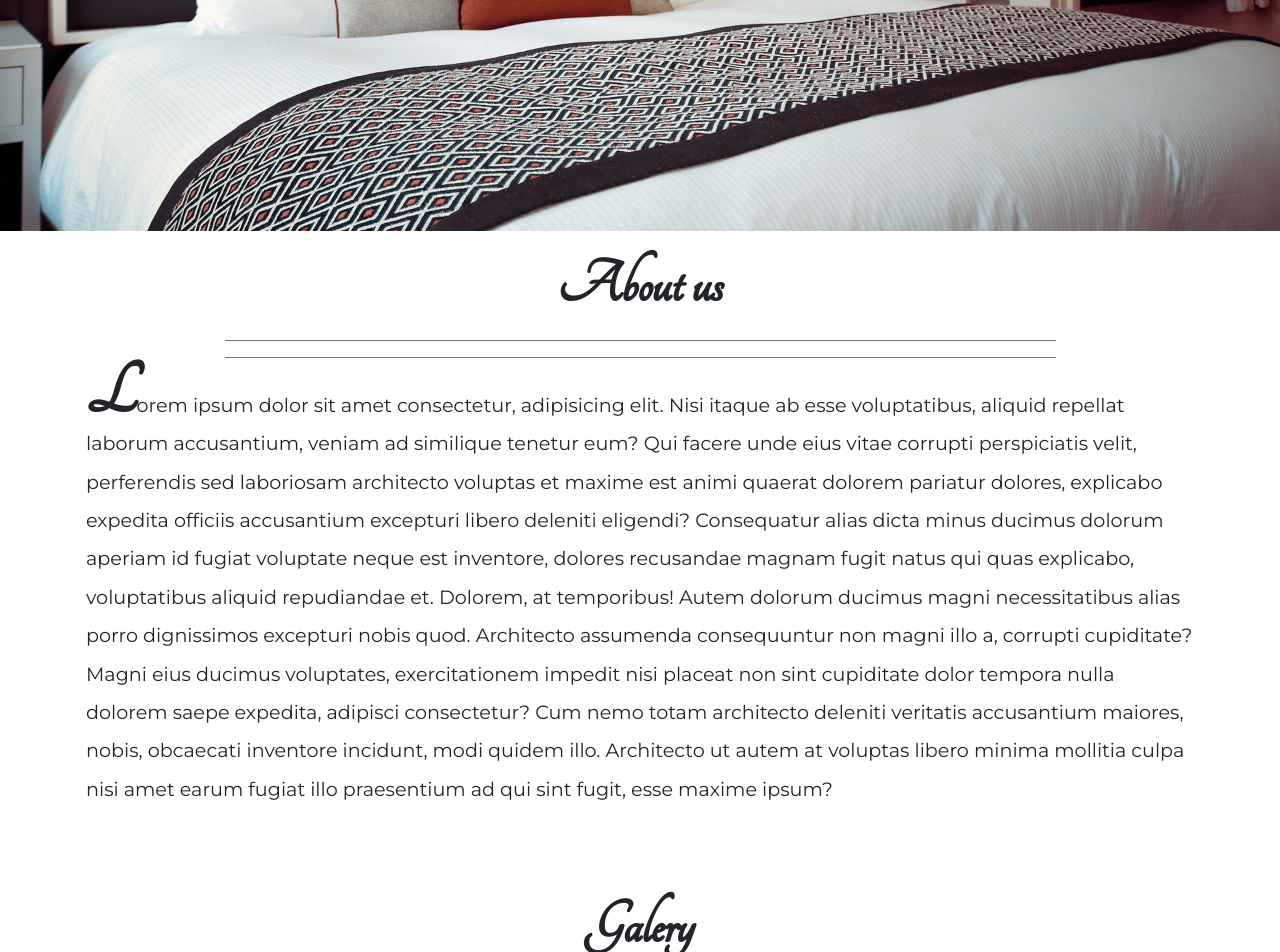
Repository: Ulaa93/Hotel-Zanzibar
Page: index.html
The author's editor kept a copy of each file at every save. The page is drawn from the files as they stood at one save, then again after a run of saves.
The browser window is 1280 px wide. The pictures show the part of the page from y = 569 to 1521 px (the page is 3040 px tall before and 3056 px after).
A picture or video elsewhere on the page could not be fetched, so the positions and the page height are approximate.

Above is the page before, as saved 2020-01-28 11:10:34.

### index.html
<!DOCTYPE html>
<html lang="en">
  <head>
    <meta charset="UTF-8" />
    <meta name="viewport" content="width=device-width, initial-scale=1.0" />
    <meta http-equiv="X-UA-Compatible" content="ie=edge" />
    <title>Hotel Zanzibar</title>
    <link rel="icon" href="./ikona.ico" />
    <link
      href="https://fonts.googleapis.com/css?family=Montserrat|Tangerine&display=swap"
      rel="stylesheet"
    />
    <link href="./fontawesome-free-5.12.0-web/css/all.css" rel="stylesheet" />
    <link
      rel="stylesheet"
      href="https://stackpath.bootstrapcdn.com/bootstrap/4.4.1/css/bootstrap.min.css"
      integrity="sha384-Vkoo8x4CGsO3+Hhxv8T/Q5PaXtkKtu6ug5TOeNV6gBiFeWPGFN9MuhOf23Q9Ifjh"
      crossorigin="anonymous"
    />
    <link rel="stylesheet" href="style.css" />
    <script src="https://unpkg.com/scrollreveal"></script>

  </head>
  <body>
    <nav class="navbar sticky-top navbar-expand-lg navbar-dark">
      <a class="navbar-brand hotel-zanzibar" href="./index.html"
        >Hotel Zanzibar</a
      >
      <button
        class="navbar-toggler"
        type="button"
        data-toggle="collapse"
        data-target="#navbarNavDropdown"
        aria-controls="navbarNavDropdown"
        aria-expanded="false"
        aria-label="Toggle navigation"
      >
        <span class="navbar-toggler-icon"></span>
      </button>
      <div
        class="collapse navbar-collapse w-100 order-3 dual-collapse2"
        id="navbarNavDropdown"
      >
        <ul class="navbar-nav ml-auto">
          <li class="nav-item ">
            <a class="nav-link" href="./about-us.html">About us </a>
          </li>
          <li class="nav-item">
            <a class="nav-link" href="./galery.html">Galery</a>
          </li>
          <li class="nav-item">
            <a class="nav-link" href="./events.html">Events</a>
          </li>
          <li class="nav-item">
            <a class="nav-link" href="./reservation.html">Reservation</a>
          </li>
          <li class="nav-item">
            <a class="nav-link" href="./contact.html">Contact</a>
          </li>
        </ul>
      </div>
    </nav>

    <section class="hotel-main">
      <div class="welcome">
        <span>Welcome in</span>
        <h1>Hotel Zanzibar</h1>
      </div>
    </section>
    <section class="hotel-about container p-3">
      <h2>About us</h2>
      <hr />
      <hr />
      <div></div>
      <p>
        Lorem ipsum dolor sit amet consectetur, adipisicing elit. Nisi itaque ab
        esse voluptatibus, aliquid repellat laborum accusantium, veniam ad
        similique tenetur eum? Qui facere unde eius vitae corrupti perspiciatis
        velit, perferendis sed laboriosam architecto voluptas et maxime est
        animi quaerat dolorem pariatur dolores, explicabo expedita officiis
        accusantium excepturi libero deleniti eligendi? Consequatur alias dicta
        minus ducimus dolorum aperiam id fugiat voluptate neque est inventore,
        dolores recusandae magnam fugit natus qui quas explicabo, voluptatibus
        aliquid repudiandae et. Dolorem, at temporibus! Autem dolorum ducimus
        magni necessitatibus alias porro dignissimos excepturi nobis quod.
        Architecto assumenda consequuntur non magni illo a, corrupti cupiditate?
        Magni eius ducimus voluptates, exercitationem impedit nisi placeat non
        sint cupiditate dolor tempora nulla dolorem saepe expedita, adipisci
        consectetur? Cum nemo totam architecto deleniti veritatis accusantium
        maiores, nobis, obcaecati inventore incidunt, modi quidem illo.
        Architecto ut autem at voluptas libero minima mollitia culpa nisi amet
        earum fugiat illo praesentium ad qui sint fugit, esse maxime ipsum?
      </p>
    </section>
    <section class="galery container p-5">
      <h2>Galery</h2>
      <hr />
      <hr />
      <div
        id="carouselExampleCaptions"
        class="carousel slide"
        data-ride="carousel"
      >
        <ol class="carousel-indicators">
          <li
            data-target="#carouselExampleCaptions"
            data-slide-to="0"
            class="active"
          ></li>
          <li data-target="#carouselExampleCaptions" data-slide-to="1"></li>
          <li data-target="#carouselExampleCaptions" data-slide-to="2"></li>
          <li data-target="#carouselExampleCaptions" data-slide-to="3"></li>
          <li data-target="#carouselExampleCaptions" data-slide-to="4"></li>
          <li data-target="#carouselExampleCaptions" data-slide-to="5"></li>
        </ol>
        <div class="carousel-inner">
          <div class="carousel-item active">
            <img
              src="./img/rooms/hotelroom-2205447_1280.jpg"
              class="d-block w-100"
            />
          </div>
          <div class="carousel-item">
            <img
              src="./img/rooms/bedroom-1285156_1280.jpg"
              class="d-block w-100"
            />
          </div>
          <div class="carousel-item">
            <img
              src="./img/rooms/hotel-1330841_1280.jpg"
              class="d-block w-100"
            />
          </div>
          <div class="carousel-item">
            <img
              src="./img/rooms/hotel-4416515_1920.jpg"
              class="d-block w-100"
            />
          </div>
          <div class="carousel-item">
            <img
              src="./img/rooms/hotel-1749602_1280.jpg"
              class="d-block w-100"
            />
          </div>
          <div class="carousel-item">
            <img
              src="./img/rooms/hotel-room-1447201_1920.jpg"
              class="d-block w-100"
            />
          </div>
        </div>
        <a
          class="carousel-control-prev"
          href="#carouselExampleCaptions"
          role="button"
          data-slide="prev"
        >
          <span class="carousel-control-prev-icon" aria-hidden="true"></span>
          <span class="sr-only">Previous</span>
        </a>
        <a
          class="carousel-control-next"
          href="#carouselExampleCaptions"
          role="button"
          data-slide="next"
        >
          <span class="carousel-control-next-icon" aria-hidden="true"></span>
          <span class="sr-only">Next</span>
        </a>
      </div>
    </section>

    <section class="container p-3 contact">
      <h2>Contact</h2>
      <hr />
      <hr />
      <div class="row">
        <div class="col-sm-6 ">
          <div class="card ">
            <div class="card-body">
              <div class="card-body">
                <i class="fas fa-phone"></i>
                phone: 012 345 678
              </div>
              <div class="card-body">
                <i class="fas fa-envelope"></i>
                mail: example@example.com
              </div>
              <div class="card-body">
                <i class="fas fa-map-marker-alt"></i>
                adress: example adress
              </div>
            </div>
          </div>
        </div>
        <div class="col-sm-6">
          <div class="card">
            <div class="card-body">
              <form>
                <div class="form-group">
                  <label for="nameInput">Name</label>
                  <input
                    type="text"
                    class="form-control"
                    id="nameInput"
                    placeholder="Name"
                  />
                </div>
                <div class="form-group">
                  <label for="emailInput">Email address</label>
                  <input
                    type="email"
                    class="form-control"
                    id="emailInput"
                    placeholder="name@example.com"
                  />
                </div>
                <div class="form-group">
                  <label for="messageInput">Message</label>
                  <textarea
                    class="form-control"
                    id="messageInput"
                    rows="3"
                  ></textarea>
                </div>
                <button type="submit" class="btn btn-primary">Submit</button>
              </form>
            </div>
          </div>
        </div>
      </div>
    </section>

    <footer>
      <div>Copyright &copy; Urszula Kosior 2020</div>
    </footer>

    <script
      src="https://code.jquery.com/jquery-3.4.1.slim.min.js"
      integrity="sha384-J6qa4849blE2+poT4WnyKhv5vZF5SrPo0iEjwBvKU7imGFAV0wwj1yYfoRSJoZ+n"
      crossorigin="anonymous"
    ></script>
    <script
      src="https://cdn.jsdelivr.net/npm/popper.js@1.16.0/dist/umd/popper.min.js"
      integrity="sha384-Q6E9RHvbIyZFJoft+2mJbHaEWldlvI9IOYy5n3zV9zzTtmI3UksdQRVvoxMfooAo"
      crossorigin="anonymous"
    ></script>
    <script
      src="https://stackpath.bootstrapcdn.com/bootstrap/4.4.1/js/bootstrap.min.js"
      integrity="sha384-wfSDF2E50Y2D1uUdj0O3uMBJnjuUD4Ih7YwaYd1iqfktj0Uod8GCExl3Og8ifwB6"
      crossorigin="anonymous"
    ></script>
    <script src="./script.js"></script>
  </body>
</html>

### style.css
* {
  padding: 0;
  margin: 0;
  font-family: 'Montserrat', sans-serif;
}

.navbar {
  height: 80px;
  background-color: rgba(124, 98, 98, 0.712);
}
/* .navbar a{
    color:black;
} */
.hotel-zanzibar {
  font-size: 3em;
  font-family: 'Tangerine', cursive;
}

.hotel-main {
  background-image: url(./img/rooms/hotel-room-1447201_1920.jpg);
  width: 100%;
  height: 100vh;
  background-size: cover;
  background-position: center;
  display: flex;
  flex-direction: column;
  /* justify-content: center; */
  /* align-items: flex-start; */
  padding: 200px 0;
  /* color: white; */
  /* line-height: 400%; */
  mar
}

.welcome {
  background-color: rgba(255, 255, 255, 0.555);
  padding: 3em;
  text-align: center;
}
.welcome span {
  font-size: 3em;
  font-family: 'Tangerine', cursive;
}
.welcome h1 {
  font-size: 5em;
  font-family: 'Tangerine', cursive;
  font-weight: 600;
}

h2 {
  text-align: center;
  font-size: 4em;
  font-weight: 600;
  font-family: 'Tangerine', cursive;
}
section p {
  font-size: 1.2em;
  line-height: 2em;
}

section p::first-letter {
  font-size:4em;
  font-weight: 600;
  font-family: 'Tangerine', cursive;
}

hr {
margin:16px auto;
 width: 75%;
 background-color:gray;

}
/* .galery .carousel-inner {
  /* background-size: contain; */
  /* height: 55vh; */
  /* min-height: 400px; */
  /* overflow: hidden; */
  /* background-position: center; */


  .back i{
    font-size: 2em;
    margin: 0 0.2em;
    vertical-align: middle;

}
.back{
    font-size: 1.2em;
    vertical-align: middle;
position: absolute;
top:7em;
left:15em;
}
.back a{
    color: black;
    text-decoration: none;
}

footer{
 text-align: center;
 color: white;
  background-color: rgba(124, 98, 98, 0.712);
height: 80px;
line-height: 80px;
font-size: 1.2em;;
}


.contact .row{
  align-items: center;
}
.contact i{
  margin-right: 1em;
}

### script.js

const nodeArray = [
    document.querySelector('.hotel-main'),
    document.querySelector('.hotel-about'),
    document.querySelector('.galery'),
    document.querySelector('.contact')
];

ScrollReveal().reveal(nodeArray, {
  delay: 475,
  duration: 1000,
  reset: true
});

Loaded but not shown: fontawesome-free-5.12.0-web/css/all.css (library)

After the next 2 saves:
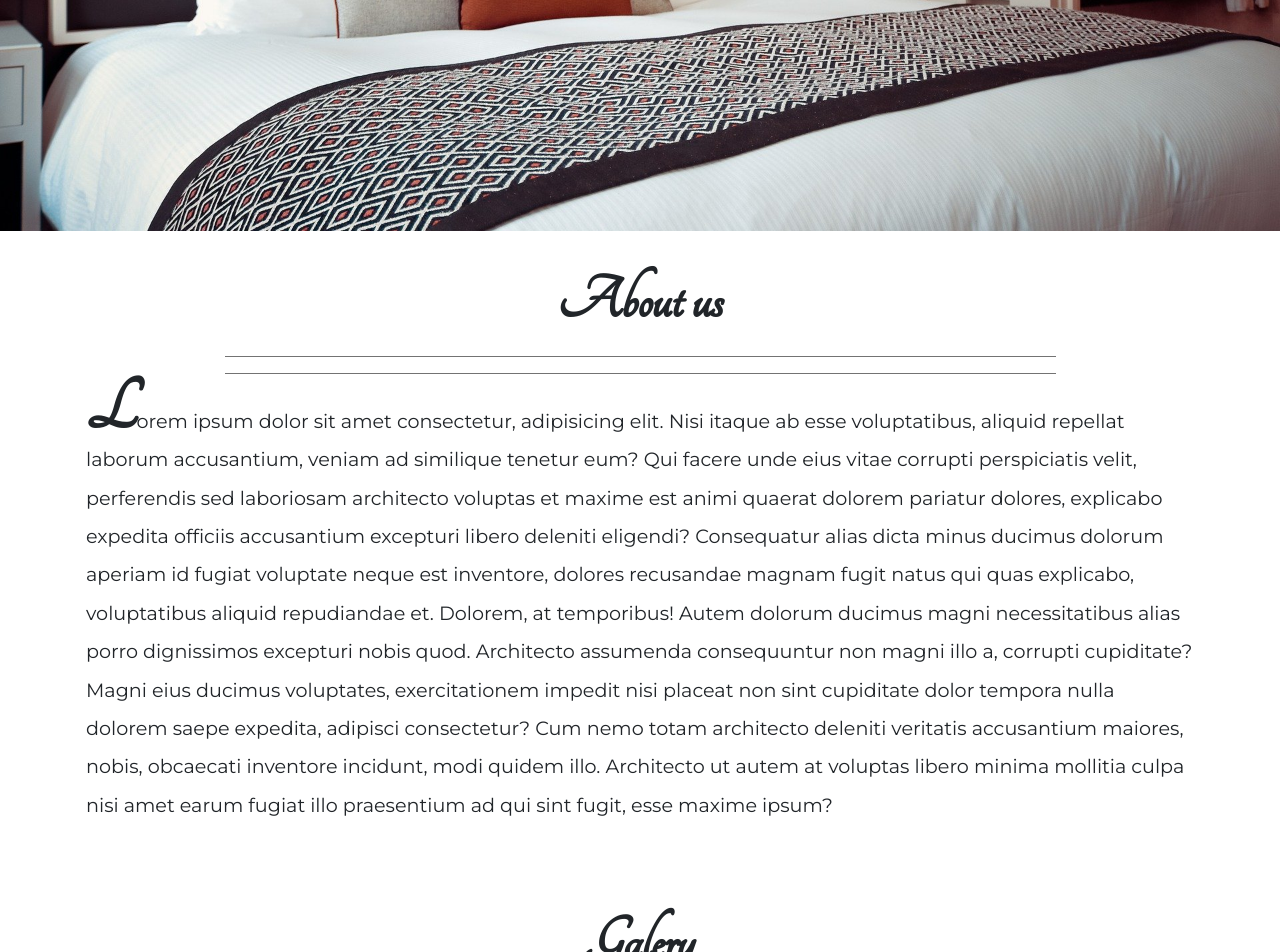
The 2 saves are shown as one change because they came seconds apart.
The last was saved 9 s later.
--- a/style.css
+++ b/style.css
@@ -29,7 +29,7 @@
   padding: 200px 0;
   /* color: white; */
   /* line-height: 400%; */
-  mar
+  margin-bottom: 1em;
 }
 
 .welcome {
